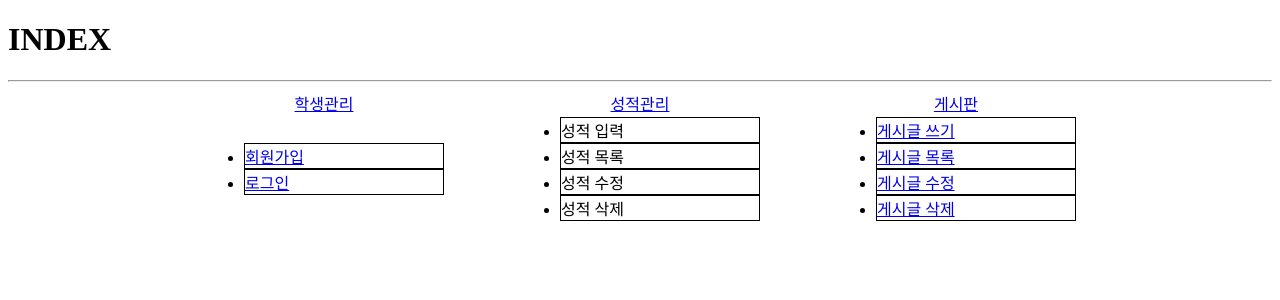
Repository: ByeonYJ/CSSTest
Page: GMSUI/WebContent/index.html
An editor plug-in stored every save of this project. The page is shown before and after the next save, followed by the edit.
The browser window is 1280 px wide. The pictures show the whole page.

Above is the page before, as saved 2017-07-20 06:14:27.

### GMSUI/WebContent/index.html
<!DOCTYPE html>
<html>
<head>
<meta charset="UTF-8">
<meta name="viewport" content="width=device-width, initial-scale=1.0">
<title>Hello HTML</title>
<style>
@IMPORT url("css/common.css");
@IMPORT url("css/member.css");
</style>
</head>
<body>
<div id="wrapper" style="width: 100%">
<h1 class="text-center">INDEX</h1>
<hr />
<table id="index-tab"class="gms-margin-auto gms-table-border">
   <tr id="index-tab-tr">
      <td class="gms-border-black gms-text-center gms-width-30pro"><a href="member/login.html">학생관리</a></td>
      <td class="gms-border-black gms-text-center gms-width-30pro"><a href="member/login.html">성적관리</a></td>
      <td class="gms-border-black gms-text-center gms-width-30pro"><a href="member/login.html">게시판</a></td>
   </tr>
   <tr>
      <td>
	      	<ul class="gms-margin-auto list-none index-ul">
				<li ><a href="member/join.html"/>회원가입</a></li>
				<li ><a href="member/login.html">로그인</a></li>
			</ul>
		</td>
	  <td>
		<ul class="gms-margin-auto list-none index-ul">
			<li>성적 입력</li>
			<li>성적 목록</li>
			<li>성적 수정</li>
			<li>성적 삭제</li>
		</ul>
      </td>
      <td>
		<ul class="gms-margin-auto list-none index-ul">
			<li><a href="board/board_write.html"/>게시글 쓰기</a></li>
			<li><a href="board/board_list.html">게시글 목록</a></li>
			<li><a href="board/board.update.html">게시글 수정</a></li>
			<li><a href="board/board.delete.html">게시글 삭제</a></li>
		</ul>
      </td>
   </tr>
</table>
</div>
</body>
</html>

### GMSUI/WebContent/css/common.css
@CHARSET "UTF-8";
.gms-text-center{text-align: center;}
.gms-width-30pro{width:30%}
.gms-text-deco-none{text-decoration: none;}
.gms-table-border{border-collapse: collapse;}
.gms-margin-auto{margin:0 auto;}
.gms-list-none{list-style-type:none;}
.gms-inline-block{display:inline-block}
.gms-bgcolor-yellow{background-color:yellow;}
.gms-bgcolor-red{background-color:red;}
.gms-bgcolor-blue{background-color:blue;}

### GMSUI/WebContent/css/member.css
@CHARSET "UTF-8";
#index-tab{width: 75%;}
.index-ul{width: 200px}
.index-ul>li{border: 1px solid black;}

After the next save:
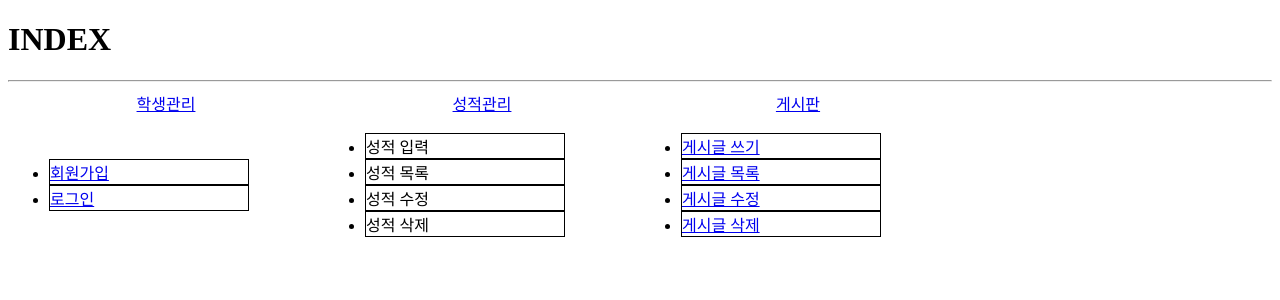
Saved 4 min 14 s later.
--- a/GMSUI/WebContent/css/common.css
+++ b/GMSUI/WebContent/css/common.css
@@ -1,9 +1,8 @@
 @CHARSET "UTF-8";
+table{border-collapse: collapse;}
 .gms-text-center{text-align: center;}
 .gms-width-30pro{width:30%}
 .gms-text-deco-none{text-decoration: none;}
-.gms-table-border{border-collapse: collapse;}
-.gms-margin-auto{margin:0 auto;}
 .gms-list-none{list-style-type:none;}
 .gms-inline-block{display:inline-block}
 .gms-bgcolor-yellow{background-color:yellow;}
